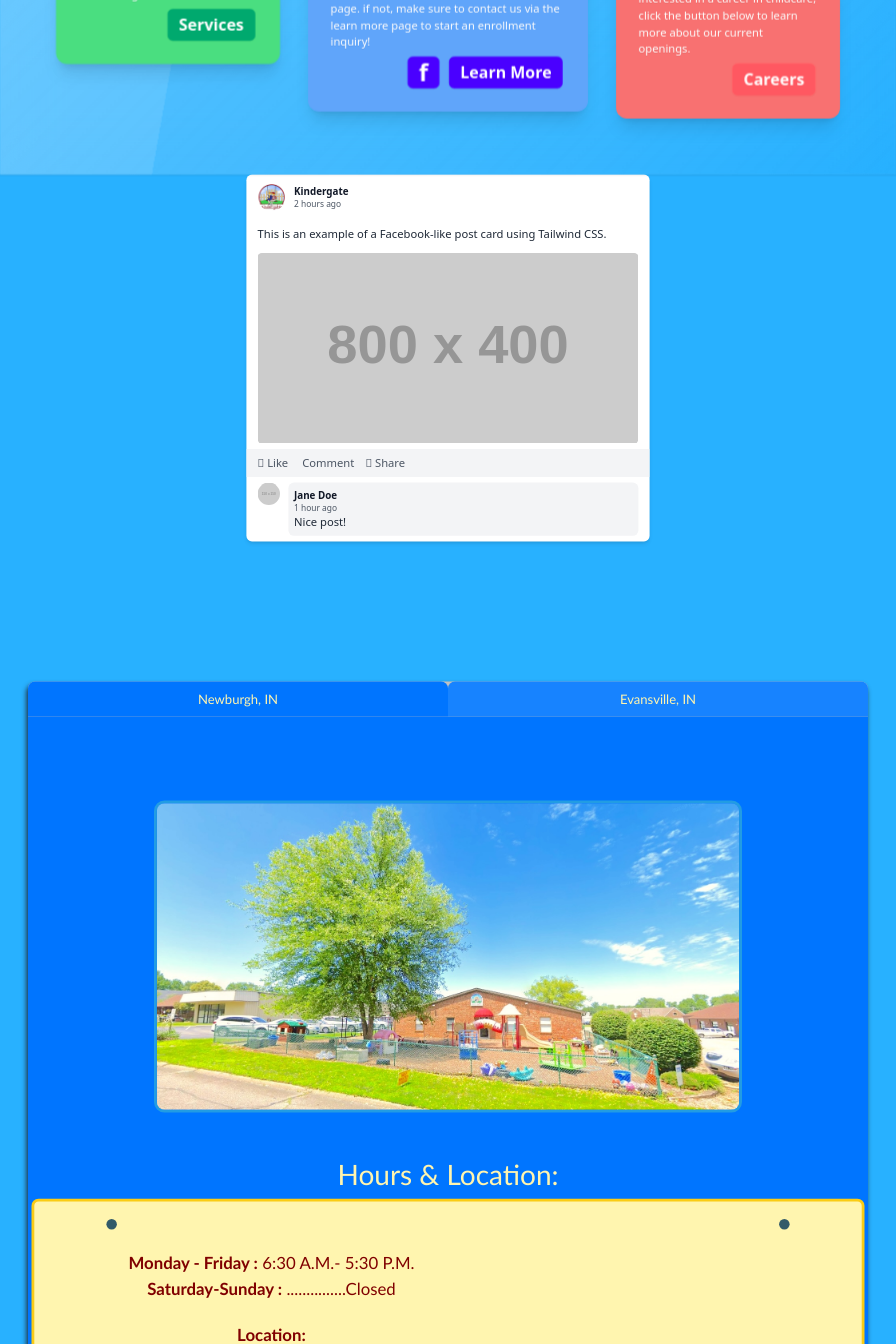
Repository: Parkerboling1/Kindergate-Final-Copy-copy
Page: index.html
These files come from the project's save history. The page is drawn as it stood at one moment and after the next save; the edit follows.
The browser window is 1280 px wide. The pictures show the part of the page from y = 1978 to 3898 px (the page is 4610 px tall before and 4666 px after), at 70% of full size.
Pictures or frames that could not be fetched are drawn as grey boxes. Some web libraries are served in a nearby version.

Above is the page before, as saved 2024-06-04 12:36:47.
Console error: TypeError: Cannot read properties of null (reading 'addEventListener')

After the next save:
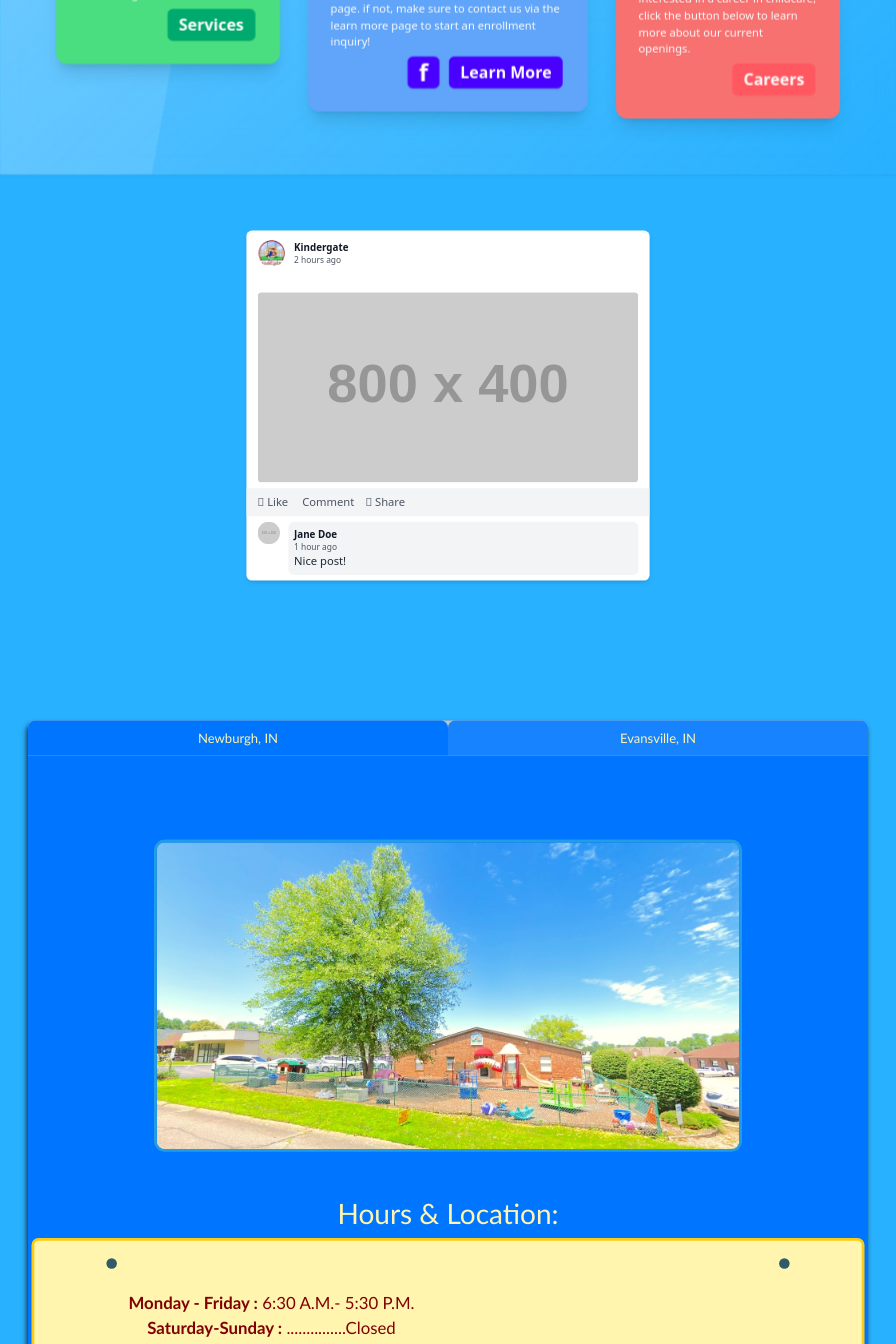
Saved 43 s later.
--- a/index.html
+++ b/index.html
@@ -204,7 +204,7 @@
 
 
       </div>
-      <div class="max-w-xl mx-auto bg-white rounded-lg shadow-md overflow-hidden">
+      <div class="max-w-xl mx-auto bg-white rounded-lg shadow-md overflow-hidden m-20">
         <div class="flex items-center px-4 py-3">
             <img class="h-10 w-10 rounded-full" src="/assets/Logo.jpeg" alt="Profile Picture">
             <div class="ml-3">
@@ -213,7 +213,7 @@
             </div>
         </div>
         <div class="px-4 py-2">
-            <p class="text-gray-800">This is an example of a Facebook-like post card using Tailwind CSS.</p>
+            <p class="text-gray-800"></p>
         </div>
         <div class="px-4 py-2">
             <img class="w-full h-auto rounded-md" src="https://via.placeholder.com/800x400" alt="Post Image">
